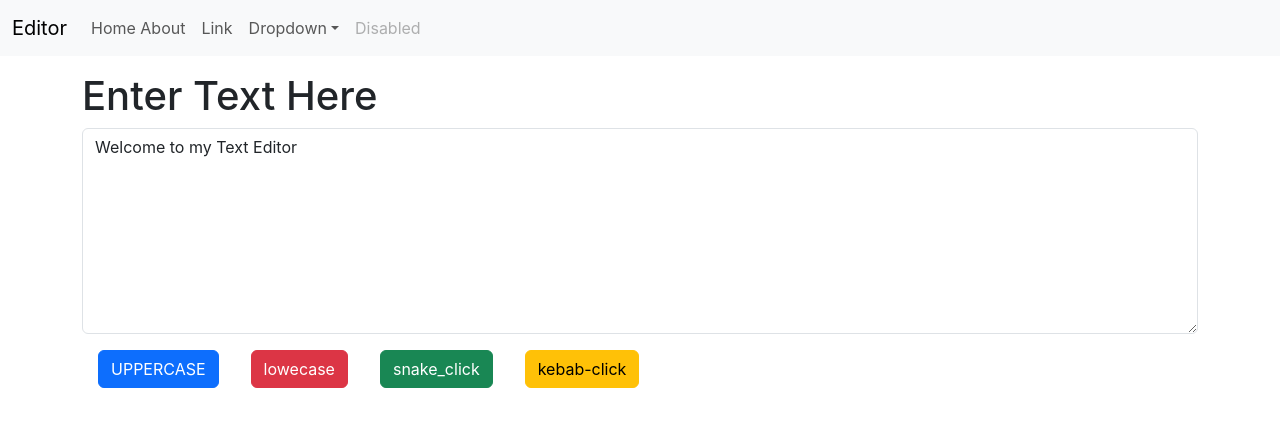
Repository: Shubham-tawar/Text-editor
Page: /
An editor plug-in stored every save of this project. The page is shown before and after the next save, followed by the edit.
The browser window is 1280 px wide. The pictures show the whole page.
The project was rebuilt for these pictures with package versions that can differ from the ones it lists, and the page was loaded fresh each time. Also part of the build but not shown: src/App.css.

Above is the page before, as saved 2025-07-05 22:34:48.

### public/index.html
<!DOCTYPE html>
<html lang="en">
  <head>
    <meta charset="utf-8" />
    <link rel="icon" href="%PUBLIC_URL%/favicon.ico" />
    <meta name="viewport" content="width=device-width, initial-scale=1" />
    <meta name="theme-color" content="#000000" />
    <meta
      name="description"
      content="Web site created using create-react-app"
    />
    <link rel="apple-touch-icon" href="%PUBLIC_URL%/logo192.png" />
    <!--
      manifest.json provides metadata used when your web app is installed on a
      user's mobile device or desktop. See https://developers.google.com/web/fundamentals/web-app-manifest/
    -->
    <link rel="manifest" href="%PUBLIC_URL%/manifest.json" />
    <!--
      Notice the use of %PUBLIC_URL% in the tags above.
      It will be replaced with the URL of the `public` folder during the build.
      Only files inside the `public` folder can be referenced from the HTML.

      Unlike "/favicon.ico" or "favicon.ico", "%PUBLIC_URL%/favicon.ico" will
      work correctly both with client-side routing and a non-root public URL.
      Learn how to configure a non-root public URL by running `npm run build`.
    -->
    <link href="https://cdn.jsdelivr.net/npm/bootstrap@5.3.7/dist/css/bootstrap.min.css" rel="stylesheet" integrity="sha384-LN+7fdVzj6u52u30Kp6M/trliBMCMKTyK833zpbD+pXdCLuTusPj697FH4R/5mcr" crossorigin="anonymous">
    <title>React App</title>
  </head>
  <body>
    <noscript>You need to enable JavaScript to run this app.</noscript>
    <div id="root"></div>
    <!--
      This HTML file is a template.
      If you open it directly in the browser, you will see an empty page.

      You can add webfonts, meta tags, or analytics to this file.
      The build step will place the bundled scripts into the <body> tag.

      To begin the development, run `npm start` or `yarn start`.
      To create a production bundle, use `npm run build` or `yarn build`.
    -->
    <script src="https://cdn.jsdelivr.net/npm/bootstrap@5.3.7/dist/js/bootstrap.bundle.min.js" integrity="sha384-ndDqU0Gzau9qJ1lfW4pNLlhNTkCfHzAVBReH9diLvGRem5+R9g2FzA8ZGN954O5Q" crossorigin="anonymous"></script>
  </body>
</html>

### src/App.js

import './App.css';
import Navbar from './components/Navbar';
import Textform from './components/Textform';

function App() {
  return (
    <>
    <Navbar title="Editor" aboutText="About"/>
    <Textform heading = "Enter Text Here"/>
    </>
  );
}

export default App;

### src/components/Navbar.js
import React from 'react'
import PropTypes from 'prop-types'
export default function Navbar(props) {
  return (
    <>
    <nav className="navbar navbar-expand-lg navbar-light bg-light">
        <div className="container-fluid">
            <a className="navbar-brand" href="/">{props.title}</a>
            <button className="navbar-toggler" type="button" data-toggle="collapse" data-target="#navbarSupportedContent" aria-controls="navbarSupportedContent" aria-expanded="false" aria-label="Toggle navigation">
                <span className="navbar-toggler-icon"></span>
            </button>

            <div className="collapse navbar-collapse" id="navbarSupportedContent">
                <ul className="navbar-nav mr-auto">
                <li className="nav-item active">
                    <a className="nav-link" href="/">Home <span className="sr-only">{props.aboutText}</span></a>
                </li>
                <li className="nav-item">
                    <a className="nav-link" href="/">Link</a>
                </li>
                <li className="nav-item dropdown">
                    <a className="nav-link dropdown-toggle" href="/" id="navbarDropdown" role="button" data-toggle="dropdown" aria-haspopup="true" aria-expanded="false">
                    Dropdown
                    </a>
                    <div className="dropdown-menu" aria-labelledby="navbarDropdown">
                    <a className="dropdown-item" href="/">Action</a>
                    <a className="dropdown-item" href="/">Another action</a>
                    <div className="dropdown-divider"></div>
                    <a className="dropdown-item" href="/">Something else here</a>
                    </div>
                </li>
                <li className="nav-item">
                    <a className="nav-link disabled" href="/">Disabled</a>
                </li>
                </ul>

            </div>
        </div>

    </nav>
    </>
  )
}

Navbar.propTypes = {
    title: PropTypes.string,
    aboutText: PropTypes.string
}

### src/components/Textform.js
import React, {useState} from 'react'
import PropTypes from 'prop-types'


export default function Textform(props) {
    const [text, setText] = useState("Welcome to my Text Editor");

    function handleUpClick(){
        console.log("Uppercase was clicked");
        let newText = text.toUpperCase();
        setText(newText);
    }

    function handleLowClick(){
        console.log("Lowercase was clicked");
        let newText = text.toLowerCase();
        setText(newText);
    }
    function handleSnakeClick(){
        console.log("Snake Case was clicked");
        let newText = text.replace(/\s+/g, '_').toLowerCase();
        setText(newText);
    }
    function handleKebabClick(){
        console.log("Kebab Case was clicked");
        let newText = text.replace(/\s+/g, '-').toLowerCase();
        setText(newText);
    }
    function handleOnChange(event){  // able to change teh text in the textarea
        setText(event.target.value);
    }

    return (
        <>
        <form className='container my-3'>

            <div className="form-group">
                <h1>{props.heading}</h1>
                <textarea className="form-control" id="exampleFormControlTextarea1" onChange={handleOnChange} rows="8" value={text} placeholder='Text Area'></textarea>
            </div>
            <button type='button' className="btn btn-primary m-3" onClick={handleUpClick}>UPPERCASE</button>
            <button type='button' className="btn btn-danger m-3" onClick={handleLowClick}>lowecase</button>
            <button type='button' className="btn btn-success m-3" onClick={handleSnakeClick}>snake_click</button>
            <button type='button' className="btn btn-warning m-3" onClick={handleKebabClick}>kebab-click</button>
        </form>

        </>
    )
}

Textform.propTypes = {
    heading: PropTypes.string
}

Textform.defaultProps = {
    heading: "Enter Text Here"
}

Loaded but not shown: src/index.js (common file); src/index.css (common file); src/reportWebVitals.js (common file)

After the next save:
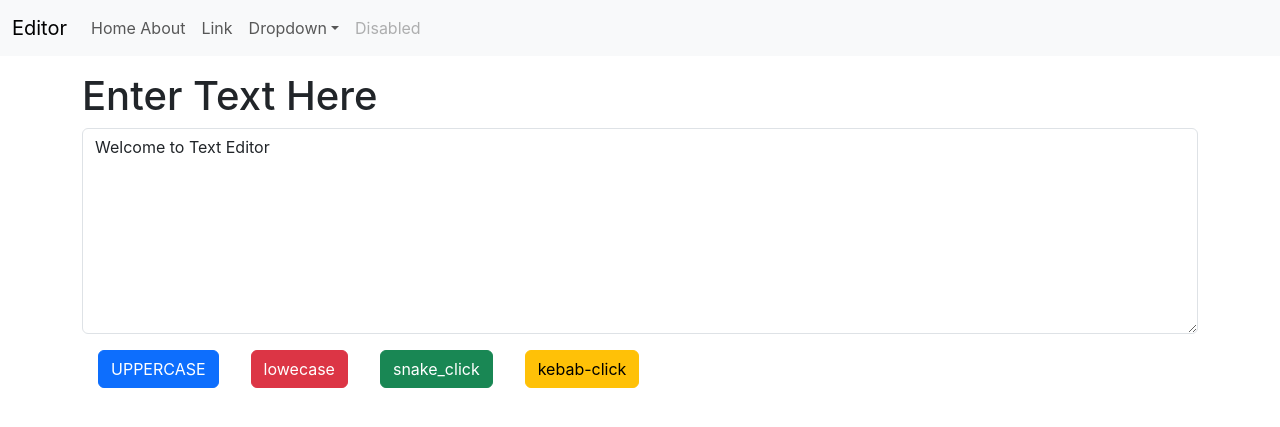
Saved 2 min 10 s later.
--- a/src/components/Textform.js
+++ b/src/components/Textform.js
@@ -3,7 +3,7 @@ import PropTypes from 'prop-types'
 
 
 export default function Textform(props) {
-    const [text, setText] = useState("Welcome to my Text Editor");
+    const [text, setText] = useState("Welcome to Text Editor");
 
     function handleUpClick(){
         console.log("Uppercase was clicked");
